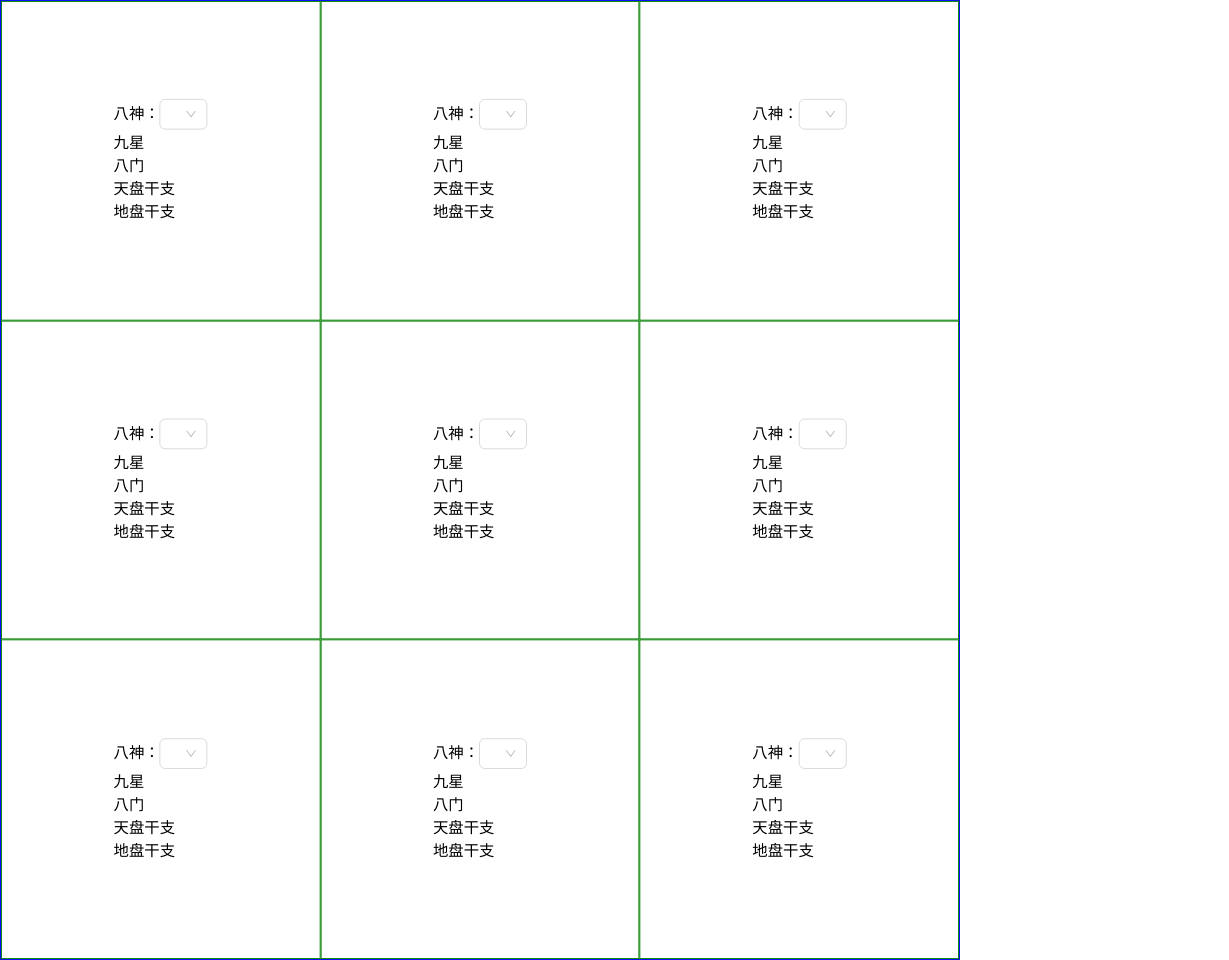
Repository: DaozhangChen/qiMen
Page: /
The author's editor kept a copy of each file at every save. The page is drawn from the files as they stood at one save, then again after the next save.
The browser window is 1280 px wide. The pictures show the whole page, at 96% of full size.
The project was rebuilt for these pictures with package versions that can differ from the ones it lists, and the page was loaded fresh each time. Also part of the build but not shown: vite.config.js.

Above is the page before, as saved 2024-04-04 18:26:00.

After the next save:
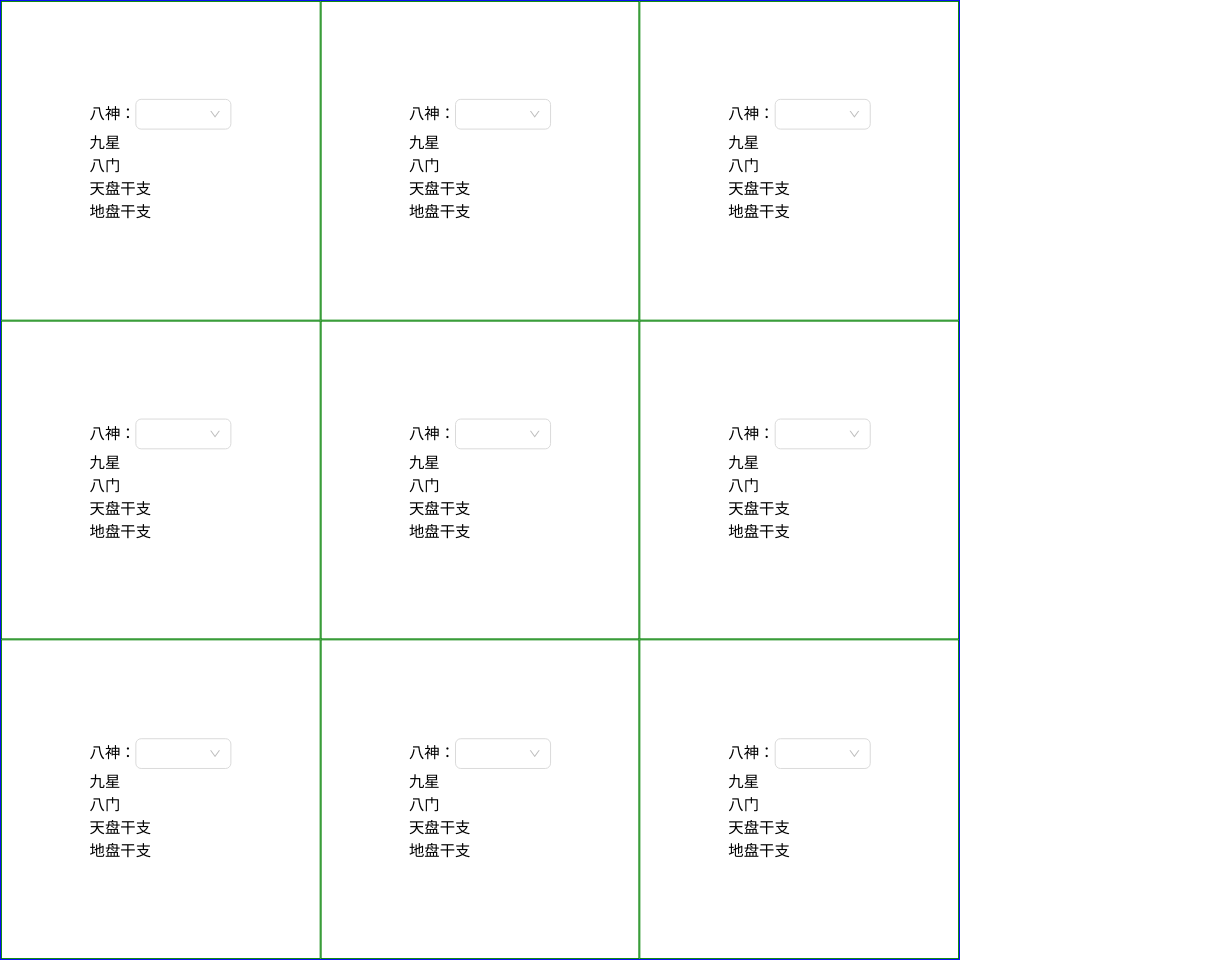
Saved 7 s later.
--- a/src/compoment/eightGod.jsx
+++ b/src/compoment/eightGod.jsx
@@ -10,7 +10,7 @@ const EightGod = () => {
     })
     return (
         <>
-            <Select style={{ width: 50 }} options={option} />
+            <Select style={{ width: 100 }} options={option} />
         </>
     )
 }
